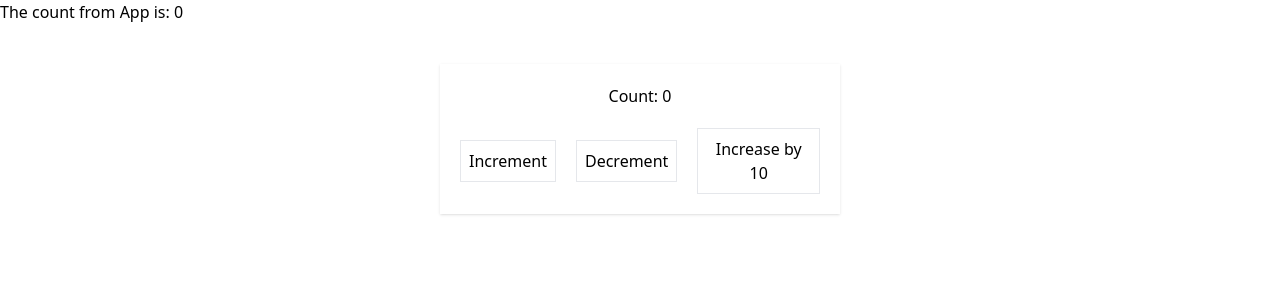
Repository: ngothiep2412/react-redux-course
Page: /
These files come from the project's save history. The page is drawn as it stood at one moment and after a run of saves; the edit follows.
The browser window is 1280 px wide. The pictures show the whole page.
The project was rebuilt for these pictures with package versions that can differ from the ones it lists, and the page was loaded fresh each time. Also part of the build but not shown: src/App.css.

Above is the page before, as saved 2022-08-09 16:25:24.

After the next 2 saves:
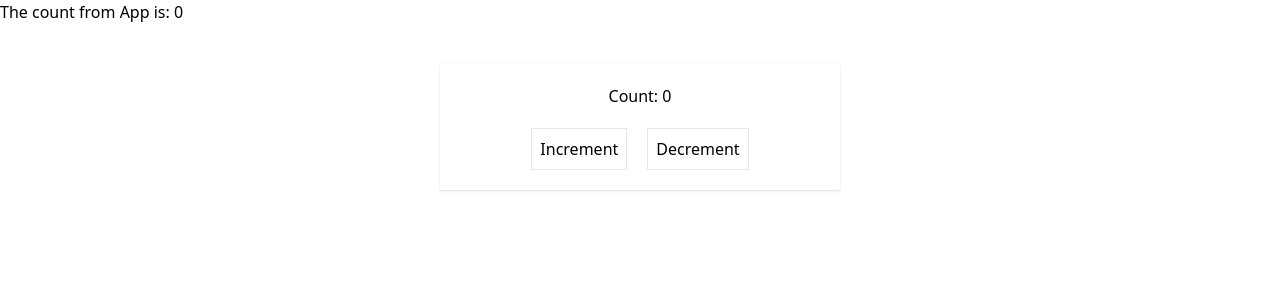
The 2 saves are shown as one change because 1 did not build or start.
The last was saved 15 s later.
--- a/src/components/Counter.js
+++ b/src/components/Counter.js
@@ -10,9 +10,9 @@ const Counter = () => {
   const handleDecrement = () => {
     dispatch(decrement());
   };
-  const handleIncrementByValue = () => {
-    dispatch(incrementByValue(10));
-  };
+  // const handleIncrementByValue = () => {
+  //   dispatch(incrementByValue(10));
+  // };
   return (
     <div className="flex flex-col items-center p-5 bg-white shadow w-[400px] mx-auto mt-10">
       <h2 className="mb-5">Count: {count}</h2>
@@ -29,12 +29,12 @@ const Counter = () => {
         >
           Decrement
         </button>
-        <button
+        {/* <button
           className="inline-block p-2 border border-gray-200"
           onClick={handleIncrementByValue}
         >
           Increase by 10
-        </button>
+        </button> */}
       </div>
     </div>
   );
